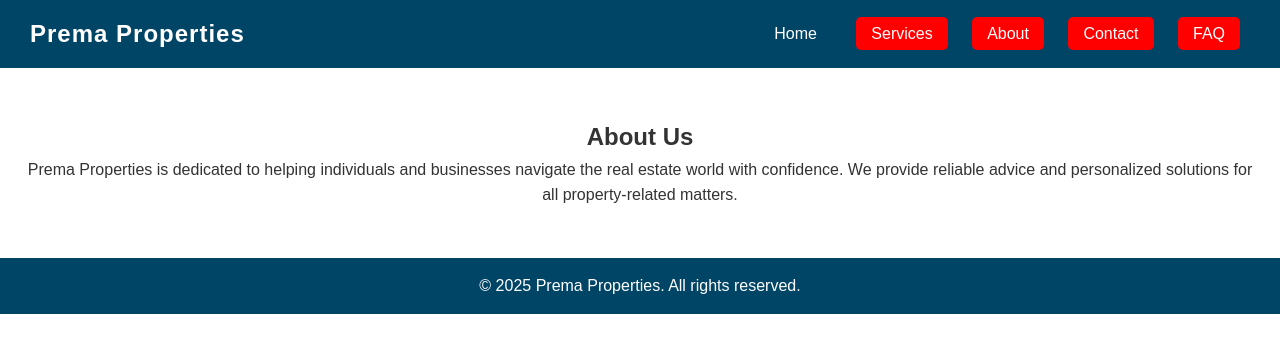
Repository: mnqobiMenzi/Prema-Properties
Page: about-us.html
An editor plug-in stored every save of this project. The page is shown before and after the next save, followed by the edit.
The browser window is 1280 px wide. The pictures show the whole page.

Above is the page before, as saved 2025-10-04 08:50:35.

After the next save:
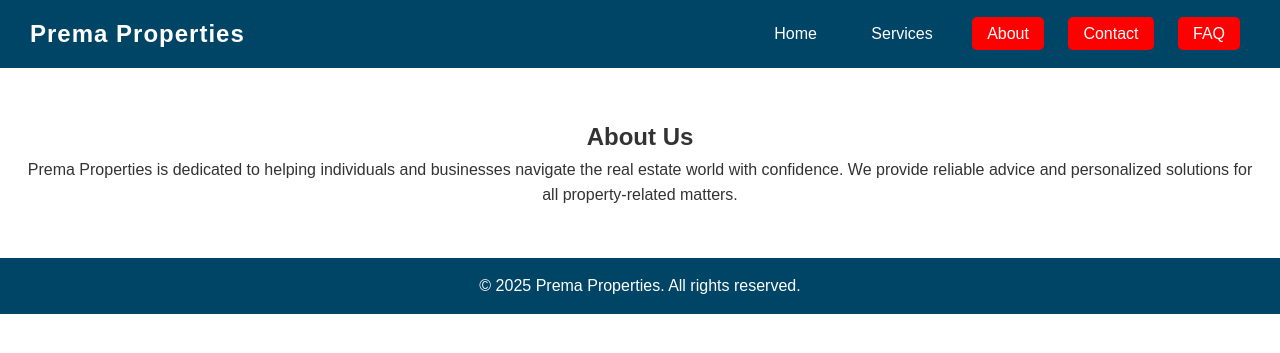
Saved 5 s later.
--- a/about-us.html
+++ b/about-us.html
@@ -13,7 +13,7 @@
     <div class="logo">Prema Properties</div>
     <nav>
       <a href="index.html">Home</a>
-      <a href="services.html" class="active">Services</a>
+      <a href="services.html">Services</a>
       <a href="#about" class="active">About</a>
       <a href="contact-us.html" class="active">Contact</a>
       <a href="FAQ.html" class="active">FAQ</a>
